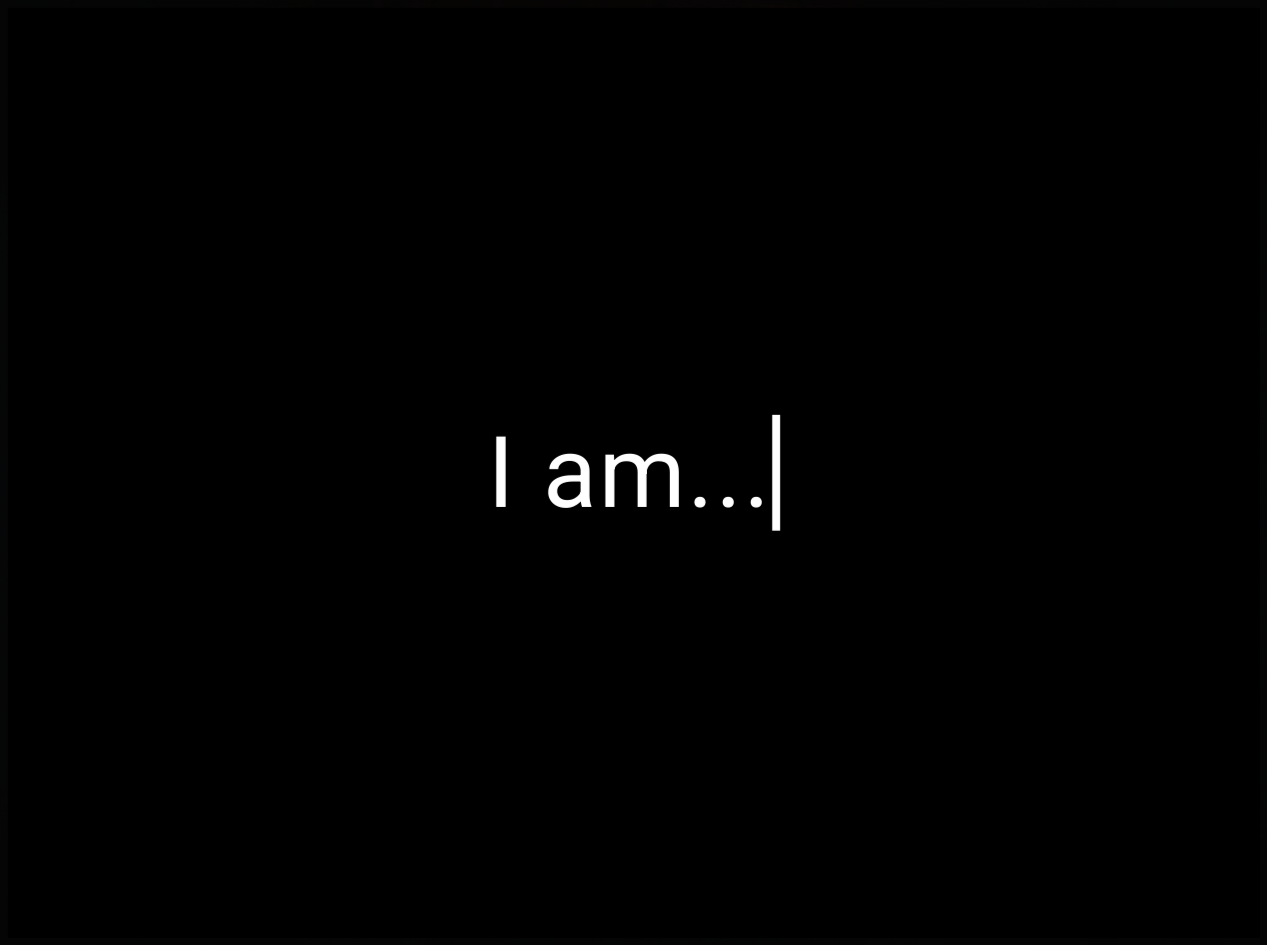
Repository: meywenz/mysite
Page: index.html
These files come from the project's save history. The page is drawn as it stood at one moment and after the next save; the edit follows.
The browser window is 1280 px wide. The pictures show the whole page, at 99% of full size.

Above is the page before, as saved 2021-04-11 13:13:59.

### index.html
<html lang="en">
<head>
<meta charset="UTF-8">
<meta name="viewport" content="width=device-width, initial-scale=1.0">
<link rel="stylesheet" href="styles.css">
<style>
        @import url('https://fonts.googleapis.com/css2?family=Roboto:ital@0;1&display=swap');
        @import url('https://fonts.googleapis.com/css2?family=Righteous&display=swap');
    </style>
<link href="https://fonts.googleapis.com/css2?family=Righteous&display=swap" rel="stylesheet">
<link rel="preconnect" href="https://fonts.gstatic.com">
<script src="typewriter.js"></script>
<title>Meywenz</title>
</head>
<body>
<!--
    <div class="container"> -->
        <!-- <video autoplay loop  class="vid">
            <source src="assets/fire.mov" type="video/mov">
        </video> -->
<!-- Profile picture-->
<img src="assets/image.jpg" alt="profile picture" class="profile-picture">
<!-- Profile name-->

<div class="hi">
    <a href="" class="typewrite" data-period="2000" data-type='[ "Hi.", "I am..."]'>
      <span class="wrap"></span>
    </a>
  </div>

<div class="profile-name">
    <img src="assets/meywenzlogo4.png" alt="Meywenz" class="logo-top">
</div>
<div class="bio">Your new favourite music producer.</div>
<!-- Links-->
<div class = "container_links">
    <div class="spotify"><a href="https://open.spotify.com/artist/48RV6cBeaOZcSaCCM6LlSH" class="links" id="left">SPOTIFY</a></div>
<div class="spotify"><a href="https://www.soundcloud.com/meywenz" class="links" id="right">SOUNDCLOUD</a></div>
<div class="spotify"><a href="https://www.instagram.com/meywenz/" class="links" id="left">INSTAGRAM</a></div>
<div class="spotify"><a href="https://www.facebook.com/meywenzmusic" class="links" id="right">FACEBOOK</a></div>
<div class="spotify"><a href="https://www.tidal.com/browse/artist/10154352" class="links"id="left">TIDAL</a></div>
<div class="spotify"><a href="https://www.music.youtube.com/channel/UCvvyjrYmoi0XRr_djBMh6Aw" class="links"id="right">YOUTUBE MUSIC</a></div>
    </div>
<!-- Logo -->
<div class="bottom-text">Made by <img src="assets/meywenzlogo4.png" alt="Meywenz" class="logo-bottom"> </div>
</div>
</body>
</html>

### styles.css
@import url("https://fonts.googleapis.com/css2?family=Roboto:ital@0;1&display=swap");

* {
  font-family: "Roboto", "Open Sans";
}

body {
  background: linear-gradient(rgba(0, 0, 0, 0.8), rgba(0, 0, 0, 0.8)),
    url("./assets/bgc2.jpg");
  background-position: center top;
  background-size: 100% auto;
  background-repeat: no-repeat;
  backdrop-filter: blur(10px);
  -webkit-backdrop-filter: blur(10px);
  color: #fff;
  font-family: "Roboto", "Open Sans";
  font-size: 15px;
  letter-spacing: 2px;
  color: #fff;
  overflow: scroll;
  background-size: cover;
  animation: fadeInFromNone 1s ease-out both;
  scrollbar-width: none; /* Firefox */
  -ms-overflow-style: none; /* IE 10+ */
}

body::-webkit-scrollbar {
  width: 0px;
  background: transparent; /* Chrome/Safari/Webkit */
}

img {
  border-radius: 50%;
}
.profile-picture {
  display: block;
  margin-left: auto;
  margin-right: auto;
  margin-top: auto;
  height: auto;
  max-width: 150px;
  animation-name: imageY, fadeInFromNone;
  animation-duration: 2s;
  opacity: 0;
  animation-delay: 6s;
  animation-fill-mode: forwards;

  /* opacity: 0;

  animation: fadeIn, imageY 3s;
  animation-delay: s;
  animation-fill-mode: forwards; */
}
.profile-name {
  font-family: "Roboto", sans-serif;
  text-align: center;
  padding: 30px;
  font-size: 1.5rem;
}
.bio {
  text-align: center;
  padding: 30px;
  animation-name: imageY2, fadeInFromNone;
  animation-duration: 3s;
  opacity: 0;
  animation-delay: 8s;
  animation-fill-mode: forwards;
}
/* .container_links{
  animation-name: fadeInFromNone;
  animation-duration: 3s;
  opacity: 0;
  animation-delay: 7s;
  animation-fill-mode: forwards;

} */

.links {
  text-align: center;
  padding: 20px;
  border: 1px solid rgb(110, 110, 110);
  border-width: 2px;
  width: 290px;
  display: block;
  margin: 20px auto 0;
  border-radius: 15px;
  animation: fadeInFromNone 10s ease-out both;
  overflow-x: hidden;
}

#left {
  animation: linksX 1s ease-out both;
  animation-delay: 9s;
}

#right {
  animation: linksX2 1s ease-out both;
  animation-delay: 9s;
}

.spotify {
  animation: fadeInFromNone 7s;
  opacity: 0;
  animation-delay: 9s;
  animation-fill-mode: forwards;
}
.container_links {
  overflow-x: hidden;
}

a {
  text-decoration: none;
  color: white;
  transition: color 1s;
}

a:hover {
  color: #000;
  background: rgba(255, 255, 255, 0.75);
  box-shadow: 0 8px 32px 0 rgba(80, 80, 80, 0.37);
  backdrop-filter: blur(4px);
  -webkit-backdrop-filter: blur(4px);
}
.links:hover {
  text-align: center;
  padding: 20px;
  border: 1px solid rgb(255, 255, 255);
  border-width: 2px;
  width: 290px;
  display: block;
  margin: 20px auto 0;
  border-radius: 15px;
  animation: fadeInFromNone 10s ease-out both;
}
.bottom-text {
  font-family: "Roboto", sans-serif;
  text-align: center;
  padding: 30px;
  font-size: 0.5rem;
  animation-name: imageY, fadeInFromNone;
  animation-duration: 10s;
  opacity: 0;
  animation-delay: 10s;
  animation-fill-mode: forwards;
}
.logo-bottom {
  max-height: 7px;
  border-radius: 5px;
  animation-name: imageY, fadeInFromNone;
  animation-duration: 10s;
  opacity: 0;
  animation-delay: 10s;
  animation-fill-mode: forwards;
}

.logo-top {
  padding: 30px;
  max-height: 80px;
  border-radius: 0px;

  animation-name: imageY2, fadeInFromNone;
  animation-duration: 4s;
  opacity: 0;
  animation-delay: 6s;
  animation-fill-mode: forwards;
}

/* .vid {
  position: absolute;
  left: 50%;
  top: 50%;
  /* The following will size the video to fit the full container. Not necessary, just nice.*/
/* min-width: 100%;
  min-height: 100%;
  -webkit-transform: translate(-50%, -50%);
  -moz-transform: translate(-50%, -50%);
  -ms-transform: translate(-50%, -50%);
  transform: translate(-50%, -50%);
  z-index: 0;
} */

.hi {
  font-family: "Righteous", cursive;
  text-align: center;
  opacity: 1;
  /* color: #fff;
  display: grid
place-items: center */
  /* display: none; Hidden by default */
  position: absolute;
  /* z-index: 100; Sit on top */
  /* padding-top: 100px; Location of the box */
  left: 0px;
  top: 0px;
  width: 100%; /* Full width */
  height: 100%; /* Full height */
  overflow: auto; /* Enable scroll if needed */
  background-color: rgb(0, 0, 0); /* Fallback color */
  /* background-color: rgba(0,0,0,0.4); Black w/ opacity */
  font-size: 100px;
  display: flex;
  justify-content: center;
  align-items: center;
  animation: fadeOutFromFull 1s ease-out both;
  animation-delay: 5s;
}

@keyframes imageY {
  from {
    transform: translateY(20%);
  }
  to {
    transform: translateY(0%);
  }
}

@keyframes imageY2 {
  from {
    transform: translateY(10%);
  }
  to {
    transform: translateY(0%);
  }
}

@keyframes linksX {
  from {
    transform: translateX(100%);
  }
  to {
    transform: translateX(0%);
  }
}
@keyframes linksX2 {
  from {
    transform: translateX(-100%);
  }
  to {
    transform: translateX(0%);
  }
}

@-webkit-keyframes fadeInFromNone {
  0% {
    opacity: 0;
  }

  1% {
    opacity: 0;
  }

  100% {
    opacity: 1;
  }
}

@-moz-keyframes fadeInFromNone {
  0% {
    opacity: 0;
  }

  1% {
    opacity: 0;
  }

  100% {
    opacity: 1;
  }
}

@-o-keyframes fadeInFromNone {
  0% {
    opacity: 0;
  }

  1% {
    opacity: 0;
  }

  100% {
    opacity: 1;
  }
}

@keyframes fadeInFromNone {
  0% {
    opacity: 0;
  }

  1% {
    opacity: 0;
  }

  100% {
    opacity: 1;
  }
}
@-webkit-keyframes fadeOutFromFull {
  0% {
    opacity: 1;
  }

  1% {
    opacity: 1;
  }

  100% {
    opacity: 0;
  }
}

@-moz-keyframes fadeOutFromFull {
  0% {
    opacity: 1;
  }

  1% {
    opacity: 1;
  }

  100% {
    opacity: 0;
  }
}

@-o-keyframes fadeOutFromFull {
  0% {
    opacity: 1;
  }

  1% {
    opacity: 1;
  }

  100% {
    opacity: 0;
  }
}

@keyframes fadeOutFromFull {
  0% {
    opacity: 1;
  }

  1% {
    opacity: 1;
  }

  100% {
    opacity: 0;
  }
}

@keyframes fadeIn {
  from {
    opacity: 0;
  }
  to {
    opacity: 1;
  }
}

@media only screen and (max-width: 600px) {
  .logo-top {
    max-width: 300px;
  }
}

### typewriter.js
var TxtType = function (el, toRotate, period) {
  this.toRotate = toRotate;
  this.el = el;
  this.loopNum = 0;
  this.period = parseInt(period, 10) || 2000;
  this.txt = "";
  this.tick();
  this.isDeleting = false;
};

TxtType.prototype.tick = function () {
  var i = this.loopNum % this.toRotate.length;
  var fullTxt = this.toRotate[i];

  if (this.isDeleting) {
    this.txt = fullTxt.substring(0, this.txt.length - 1);
  } else {
    this.txt = fullTxt.substring(0, this.txt.length + 1);
  }

  this.el.innerHTML = '<span class="wrap">' + this.txt + "</span>";

  var that = this;
  var delta = 200 - Math.random() * 100;

  if (this.isDeleting) {
    delta /= 2;
  }

  if (!this.isDeleting && this.txt === fullTxt) {
    delta = this.period;
    this.isDeleting = true;
  } else if (this.isDeleting && this.txt === "") {
    this.isDeleting = false;
    this.loopNum++;
    delta = 500;
  }

  setTimeout(function () {
    that.tick();
  }, delta);
};

window.onload = function () {
  var elements = document.getElementsByClassName("typewrite");
  for (var i = 0; i < elements.length; i++) {
    var toRotate = elements[i].getAttribute("data-type");
    var period = elements[i].getAttribute("data-period");
    if (toRotate) {
      new TxtType(elements[i], JSON.parse(toRotate), period);
    }
  }
  // INJECT CSS
  var css = document.createElement("style");
  css.type = "text/css";
  css.innerHTML = ".typewrite > .wrap { border-right: 0.08em solid #fff}";
  document.body.appendChild(css);
};

After the next save:
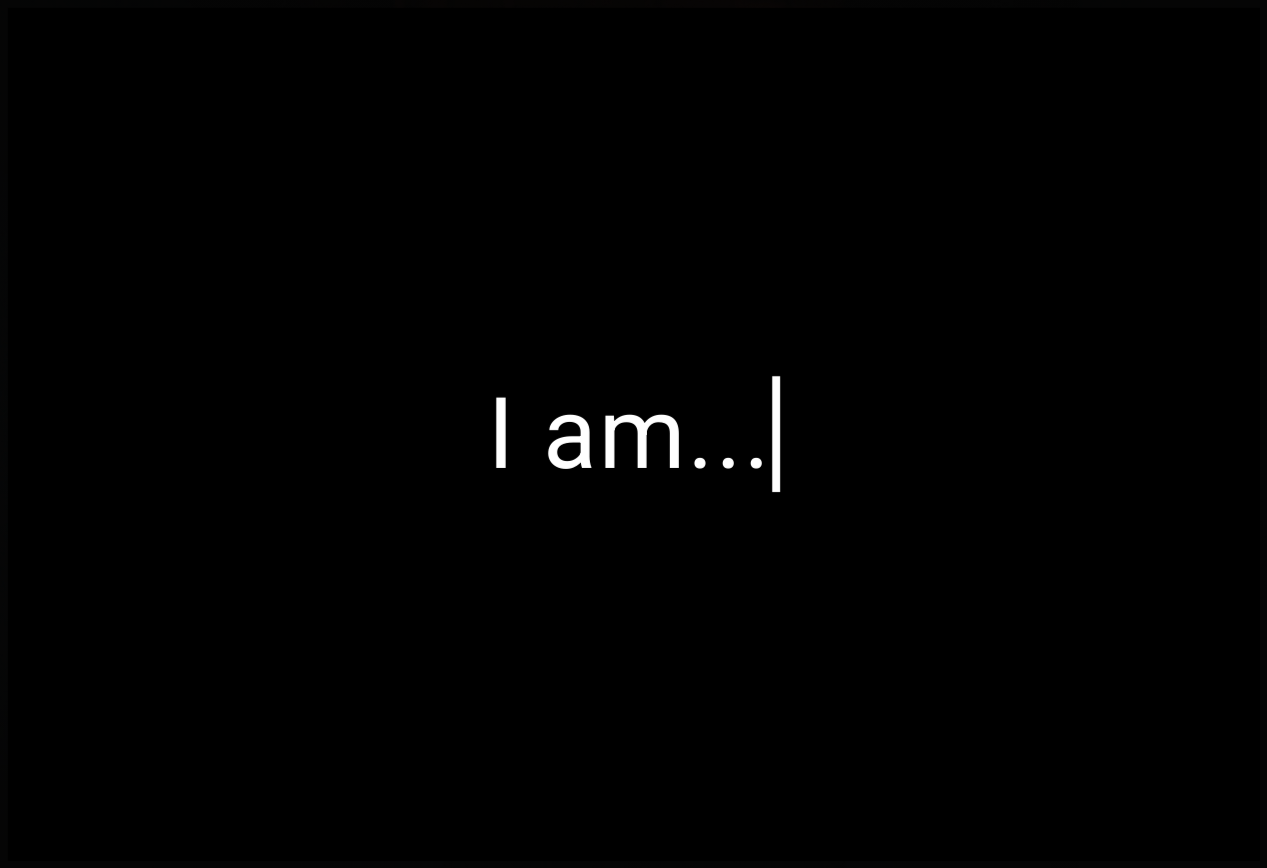
Saved 4 s later.
--- a/index.html
+++ b/index.html
@@ -31,7 +31,7 @@
 <div class="profile-name">
     <img src="assets/meywenzlogo4.png" alt="Meywenz" class="logo-top">
 </div>
-<div class="bio">Your new favourite music producer.</div>
+<!-- <div class="bio">Your new favourite music producer.</div> -->
 <!-- Links-->
 <div class = "container_links">
     <div class="spotify"><a href="https://open.spotify.com/artist/48RV6cBeaOZcSaCCM6LlSH" class="links" id="left">SPOTIFY</a></div>

After the 2 saves that followed:
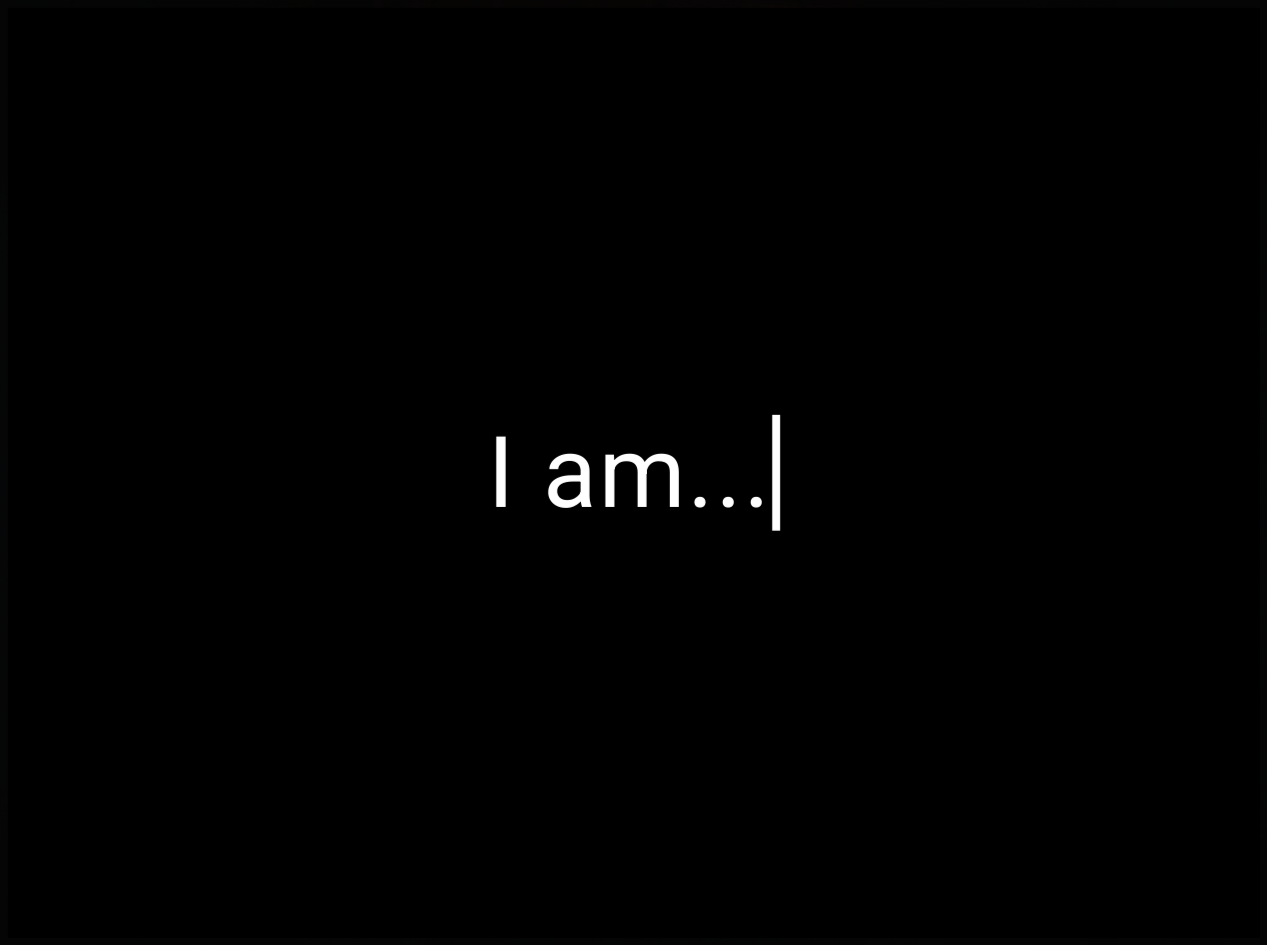
The 2 saves are shown as one change because they came seconds apart.
The last was saved 11 s later.
--- a/index.html
+++ b/index.html
@@ -31,7 +31,7 @@
 <div class="profile-name">
     <img src="assets/meywenzlogo4.png" alt="Meywenz" class="logo-top">
 </div>
-<!-- <div class="bio">Your new favourite music producer.</div> -->
+<div class="bio">Your new favourite music producer.</div>
 <!-- Links-->
 <div class = "container_links">
     <div class="spotify"><a href="https://open.spotify.com/artist/48RV6cBeaOZcSaCCM6LlSH" class="links" id="left">SPOTIFY</a></div>
